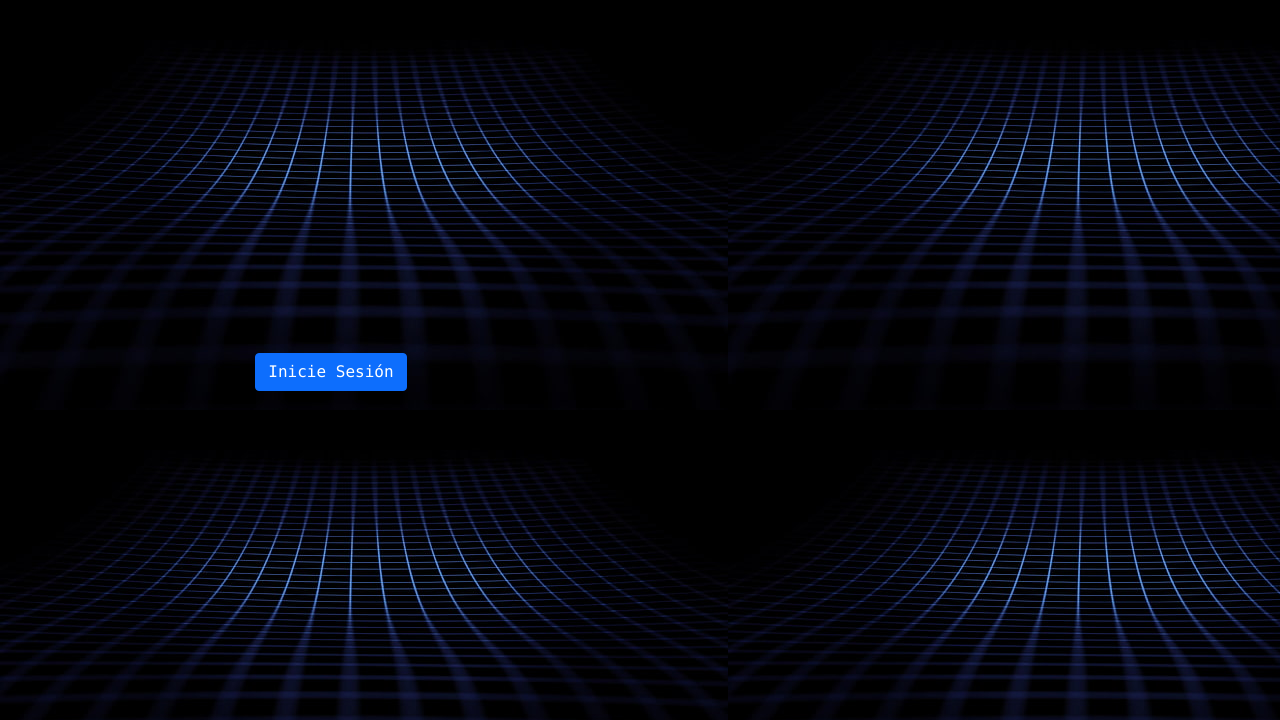
Repository: Grupo13E4/Tienda_Cypher
Page: http://localhost/Ciclo3demo/Home.jsp
The author's editor kept a copy of each file at every save. The page is drawn from the files as they stood at one save, then again after the next save.
The browser window is 1280 px wide. The pictures show the whole page.
The page is served by Tomcat 9. Other server files are loaded and not shown.

Above is the page before, as saved 2021-09-23 18:51:49.

### Ciclo3demo/src/main/webapp/Home.jsp
<%@ page language="java" contentType="text/html; charset=ISO-8859-1"
    pageEncoding="ISO-8859-1"%>
<!DOCTYPE html>
<html>
<head>
	<meta charset="ISO-8859-1">
	<link href="https://cdn.jsdelivr.net/npm/bootstrap@5.1.0/dist/css/bootstrap.min.css" rel="stylesheet" integrity="sha384-KyZXEAg3QhqLMpG8r+8fhAXLRk2vvoC2f3B09zVXn8CA5QIVfZOJ3BCsw2P0p/We" crossorigin="anonymous">
	<link rel="stylesheet" href="https://cdnjs.cloudflare.com/ajax/libs/animate.css/4.1.1/animate.min.css"/>
	<link rel="stylesheet" href="CssIndex.css">
	<link rel="icon" href="img/icon.jpg" type="image/x-icon">
	<title>Inicio Cypher</title>
</head>
<body>
	<a href="inicio.jsp" class="btn-neon">
		<span id="span1"></span>
		<span id="span2"></span>
		<span id="span3"></span>
		<span id="span4"></span>
	</a>

	<!-- Inicio Login -->
	<div class = "container col-lg-8">

		<div>
			<a class="btn btn-primary btn-lm mt-4" href="inicio.jsp" role="button">Inicie Sesión</a>
		</div>
	</div>


	<script src="https://cdn.jsdelivr.net/npm/@popperjs/core@2.9.3/dist/umd/popper.min.js" integrity="sha384-W8fXfP3gkOKtndU4JGtKDvXbO53Wy8SZCQHczT5FMiiqmQfUpWbYdTil/SxwZgAN" crossorigin="anonymous"></script>
	<script src="https://cdn.jsdelivr.net/npm/bootstrap@5.1.1/dist/js/bootstrap.min.js" integrity="sha384-skAcpIdS7UcVUC05LJ9Dxay8AXcDYfBJqt1CJ85S/CFujBsIzCIv+l9liuYLaMQ/" crossorigin="anonymous"></script>
</body>
</html>

### Ciclo3demo/src/main/webapp/CssIndex.css
@charset "ISO-8859-1";

body {
	margin: 0;
	padding:0;
	display: flex;
	justify-content: center;
	align-items: center;
	height: 100vh;
	background: url(img/wallpaper1.jpg);
	font-family: consolas;

}

.btn-neon {
	position: relative;
	display: inline-block;
	padding: 15px 30px;
	color: #fff;
	letter-spacing: 4px;
	font-size: 24px;
	text-decoration: none;
	overflow: hidden;
	transition: 0.2s;
}

.btn-neon:hover{
	background: #a945c7;
	box-shadow: 0 0 10px #a945c7, 0 0 40px #a945c7, 0 0 80px #a945c7;
	transition-delay: 1s;
}

After the next save:
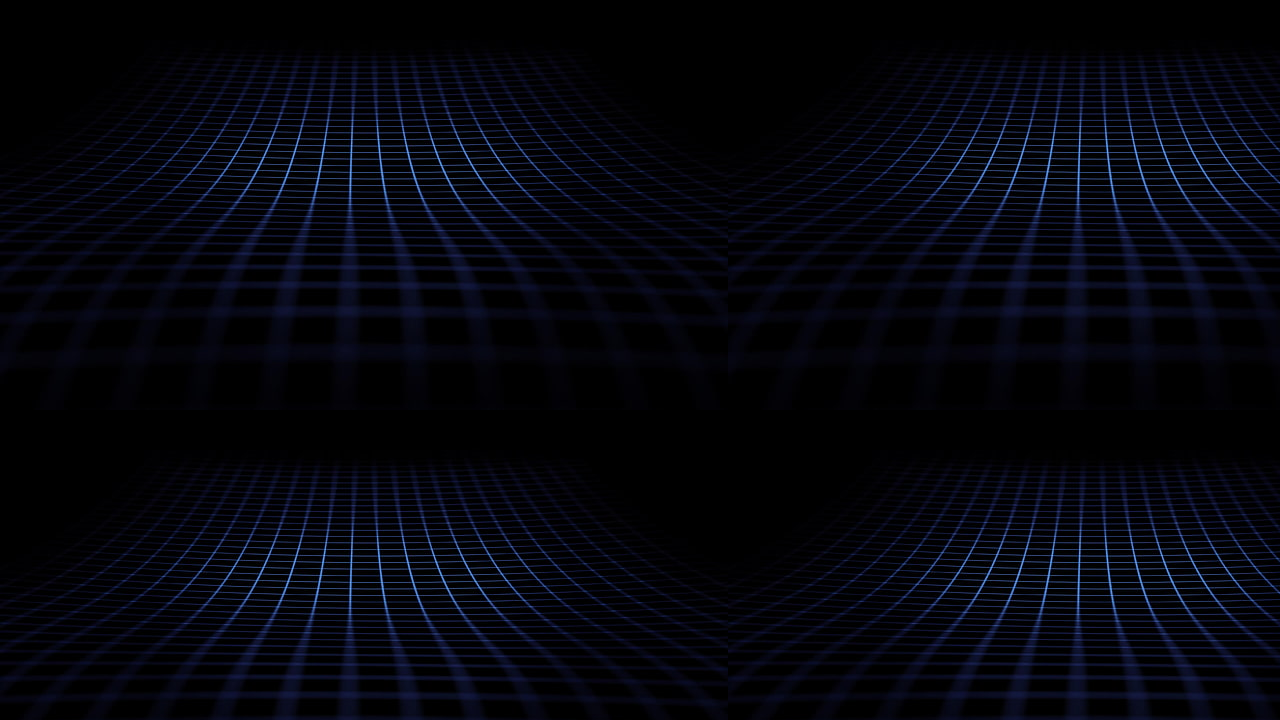
Saved 87 s later.
--- a/Ciclo3demo/src/main/webapp/Home.jsp
+++ b/Ciclo3demo/src/main/webapp/Home.jsp
@@ -18,13 +18,6 @@
 		<span id="span4"></span>
 	</a>
 
-	<!-- Inicio Login -->
-	<div class = "container col-lg-8">
-
-		<div>
-			<a class="btn btn-primary btn-lm mt-4" href="inicio.jsp" role="button">Inicie Sesión</a>
-		</div>
-	</div>
 
 
 	<script src="https://cdn.jsdelivr.net/npm/@popperjs/core@2.9.3/dist/umd/popper.min.js" integrity="sha384-W8fXfP3gkOKtndU4JGtKDvXbO53Wy8SZCQHczT5FMiiqmQfUpWbYdTil/SxwZgAN" crossorigin="anonymous"></script>
